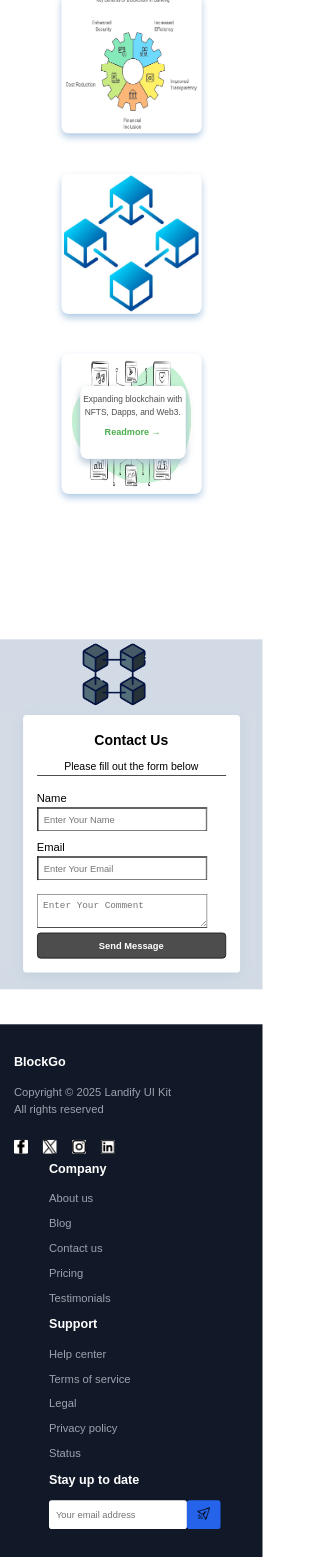
Repository: Tafsirul555/Assignment
Page: Assignment/index.html
The author's editor kept a copy of each file at every save. The page is drawn from the files as they stood at one save, then again after a run of saves.
The browser window is 375 px wide. The page is 480 px wide, so the pictures cover 480 px, including what lies to the right of the window. The pictures show the part of the page from y = 2976 to 5216 px (the page is 5200 px tall before and 5350 px after), at 70% of full size.

Above is the page before, as saved 2025-06-12 22:58:24.

### Assignment/index.html
<!DOCTYPE html>
<html lang="en">
<head>
    <meta charset="UTF-8">
    <meta name="viewport" content="width=device-width, initial-scale=1.0">
    <link rel="stylesheet" href="Assignment1.css">
    <title>Document</title>
</head>
<body>
    <nav class="navbar">

        <div class="logo">
            <h1>BlockGo</h1>
        </div>

        <div class="nav-link">

                    <a href="#">Home</a>
                    <a href="#">Blog</a>
                    <a href="#">Contact</a>
                    <a href="#">About</a>
        </div>
        <div class="Data">
            <a href="#" class="SignUp">Sign Up</a>
            <p>&nbsp;or&nbsp;</p>
            <a href="#" class="Login">Login</a>
        </div>
    </nav>

    <header class="Headerbar">

        <div class="Header-banner">
            <h1>Learn Center</h1>
            <p>Your hub for no-nonsense articles, videos, and how-to guides to help you get up to speed on all things crypto and blockchain</p>

            <a href="#" class="headerbutton">Learn More</a>
        </div>
         <div class="bannerpic">
            <img src="../Assignment/Pic/blockchain-20-8079799-6591924-removebg-preview.png" alt="Blockchain">
        </div>
    </header>

    <main class="mainbar">
        <div class="main-text">
        <h1>Our Clients</h1>
        <p>We have been working with some fortune 500+ clients</p>
        </div>

        <div class="main-pic">
            <img src="../Assignment/Pic/icon/block.png" alt="block.png">
            <img src="../Assignment/Pic/icon/blockchain.png" alt="blockchain.png">
            <img src="../Assignment/Pic/icon/crypto-wallet.png" alt="crypto-wallet.png">
            <img src="../Assignment/Pic/icon/currency-exchange (1).png" alt="currency-exchange (1).png">
            <img src="../Assignment/Pic/icon/currency-exchange.png" alt="currency-exchange.png">
            <img src="../Assignment/Pic/icon/secure.png" alt="secure.png">
        </div>
    </main>

    <section class="sectionbar">
        <div class="section-text">
        <h1>Explore the Power of <br>Blockchain in key Sectors</h1>

<p>Who can benefit from blockchain technology?</p>
</div>
    </section>

    <article class="articlebar">

        <div class="article-cc">
            <img src="../Assignment/Pic/icon/group (1).png" alt="group.png">
            <h1>Creator Communities</h1>
            <p>Support creators with NFT<br>marketplaces and direct engagement<br>with their audience.</p>
            </div>

       <div class="article-fi">
        <img src="../Assignment/Pic/icon/corporation.png" alt="corporation.png">
       <h1>Financial Institutions</h1>
       <p>Blockchain enables secure,<br>transparent, and decentralized<br>financial transactions</p>
        </div>

        <div class="article-scm">
            <img src="../Assignment/Pic/icon/procurement.png" alt="procurement.png">
            <h1>Supply Chain Management</h1>
            <p>Enhance traceability, transparency,<br>and operational efficiency across<br>global supply chains</p>
        </div>
    </article>

    <figure class="figurebar">

        <div class="figure-text">
            <h2>Helping Blockchain<br>Transform the World</h2>
            <p>We reached here with innovation and decentralization</p>
        </div>

        <div class="figure-box">

            <div class="figure-box1">

        <div class="figure-bn">
            <div class="figure-bn-img">
            <img src="../Assignment/Pic/icon/group.png" alt="">
            </div>
            <div class="figure-bn-text">
            <h2>120+</h2>
            <p>Blockchain Network</p>
            </div>
        </div>

        <div class="figure-sc">
            <div class="figure-sc-img">
            <img src="../Assignment/Pic/icon/mutual.png" alt="">
            </div>
            <div class="figure-sc-text">
            <h2>420,000+</h2>
            <p>Smart Contracts</p>
            </div>
        </div>
        </div>

        <div class="figure-box2">
        <div class="figure-tvl">
            <div class="figure-tvl-img">
            <img src="../Assignment/Pic/icon/tap.png" alt="">
            </div>
            <div class="figure-tvl-text">
            <h2>$150 Billion+</h2>
            <p>Total Value Locked</p>
            </div>
        </div>

        <div class="figure-aw">
            <div class="figure-aw-img">
            <img src="../Assignment/Pic/icon/wallet.png" alt="">
            </div>
            <div class="figure-aw-text">
            <h2>1,245,000+</h2>
            <p>Active Wallets</p>
            </div>
        </div>
        </div>
        </div>
    </figure>

    <aside class="BlockchainFuture">

        <div class="BlockchainFuture-text">
            <h2>Blockchain: The Foundation of the Future</h2>
            <p>Discover the latest blockchain trends, innovations, and use cases. Learn how <br>blockchain is reshaping industries, securing data, and powering the next <br>generation of applications.</p>
        </div>

    <div class="BlockchainFutureBox">

    <div class="BlockchainFuture-box1">
        <div class="img1">
            <img src="../Assignment/Pic/bank.png" alt="bank">
        </div>
        <div class="text1">
        <p>Transforming banking with<br>secure and decentralized<br>solutions.</p>
        <p class="readmore">Readmore →</p>
        </div>
    </div>

    <div class="BlockchainFuture-box2">
        <div class="img2">
            <img src="../Assignment/Pic/transparency.webp" alt="transparency">
        </div>
        <div class="text2">
        <p>Ensuring transparency and<br>traceability worldwide.</p>
        <p class="readmore">Readmore →</p>
        </div>
    </div>

    <div class="BlockchainFuture-box3">
        <div class="img3">
            <img src="../Assignment/Pic/Top-10-NFT-DApps-in-2023-01.webp" alt="NFT DApps">
        </div>
        <div class="text3">
        <p>Expanding blockchain with<br>NFTS, Dapps, and Web3.</p>
        <p class="readmore">Readmore →</p>
        </div>
    </div>

</div>

  </aside>

  <div class="Contact">

    <div class="Contact-Img">
        <img src="../Assignment/Pic/blockchain.png" alt="Blockchain">
    </div>

    <div class="Contact-Form">
        <form action="">
            <caption><h1>Contact Us</h1> <p>Please fill out the form below</p></caption>
        <form action="">

            <label for="name">Name</label>
            <input type="text" name="Name" id="name" placeholder="Enter Your Name" required> <br>

            <label for="email">Email</label>
            <input type="email" name="Email" id="email" placeholder="Enter Your Email" required> <br>

            <textarea name="Comment" id="comment" placeholder="Enter Your Comment"  required></textarea>

            <button type="submit">Send Message</button>
        </form>
    </div>
  </div>

  <footer class="footer">
  <div class="footer-container">
    <div class="footer-column1">
      <h4>BlockGo</h4>
      <p>Copyright &copy; 2025 Landify UI Kit <br> All rights reserved</p>
      <div class="footer-socials">
        <a href="#"><img src="../Assignment/Pic/icon/facebook.png " alt="Facebook"></a>
        <a href="#"><img src="../Assignment/Pic/icon/twitter.png" alt="Twitter"></a>
        <a href="#"><img src="../Assignment/Pic/icon/instagram.png" alt="Instagram"></a>
        <a href="#"><img src="../Assignment/Pic/icon/linkedin.png" alt="linkedin"></a>
      </div>
    </div>

    <div class="footer-column">
      <h4>Company</h4>
      <ul>
        <li><a href="#">About us</a></li>
        <li><a href="#">Blog</a></li>
        <li><a href="#">Contact us</a></li>
        <li><a href="#">Pricing</a></li>
        <li><a href="#">Testimonials</a></li>
      </ul>
    </div>

    <div class="footer-column">
      <h4>Support</h4>
      <ul>
        <li><a href="#">Help center</a></li>
        <li><a href="#">Terms of service</a></li>
        <li><a href="#">Legal</a></li>
        <li><a href="#">Privacy policy</a></li>
        <li><a href="#">Status</a></li>
      </ul>
    </div>

    <div class="footer-column">
      <h4>Stay up to date</h4>
      <form class="newsletter-form">
        <input type="email" placeholder="Your email address">
        <button type="submit">
            <img src="../Assignment/Pic/icon/direct.png" alt="Send Icon">
        </button>
      </form>
    </div>
  </div>
</footer>

</body>
</html>

### Assignment/Assignment1.css
*{
    margin: 0;
    padding: 0;
    box-sizing: border-box;
    text-decoration: none;
}

body{
    font-family: Arial, sans-serif;
    line-height: 1.6;
    height: 100%;
    background: rgba(255, 255, 255, 1);
}

.navbar{
    width: 100%;
    height: 9vh;
    color: #f5f5ff 0%;
    box-shadow: 0px 2.78px 5.57px 0px rgba(171, 190, 209, 0.4);
    position: fixed;
    display: flex;
    justify-content: center;
    align-items: center;
}

.navbar div,
.navbar a,
.navbar h1,
.navbar p{
    display: inline-block;
}

.navbar .nav-link a{
    color: rgba(77, 77, 77, 1);
}


.navbar div,
.navbar a,
.navbar p{
    font-size: 2vh;
}

.navbar .logo,
.navbar .nav-link{
    margin-right: 290px;
}

.navbar .logo,
.navbar .nav-link,
.navbar .data,
.navbar p{
    padding: 10px;
    text-align: center;
}

.navbar .nav-link a{
    padding-right: 3vw;
}

.SignUp,
.Login{
    background-color: rgba(203, 213, 225, 1);
    width: 9vw;
    height: 7vh;
    padding: 10px;
    border-radius: 5px;
    text-align: center;
    font-weight: bold;
    color: black;
}

.Headerbar{
    width: 100%;
    height: 400px;
    background-color: rgba(245, 247, 250, 1);
    display: flex;
    justify-content: center;
    align-items: center;
    padding: 20px;
    gap: 27vw;
    flex-wrap: wrap;
}

.Header-banner{
    display: flex;
    flex-direction: column;
    align-content: center;
    max-width: 400px;
}

.bannerpic{
    width: 150px;
    height: auto;
    object-fit: contain;
    margin-top: 70px;
    margin-right: 20px;
}

.Headerbar p,
.Headerbar h1,
.Headerbar a,
.Headerbar img,
.Header-banner,
.bannerpic{
    background-color: rgba(245, 247, 250, 1);
}

.Headerbar h1{
    margin-top: 80px;
}

.Headerbar p,
.Headerbar h1,
.Headerbar a{
    padding-bottom: 20px;
}

.Header-banner h1{
    font-weight:bold;
    font-size: 44.55px;
    line-height: 52.9px;
    letter-spacing: 0%;
    color: rgba(77, 77, 77, 1);
}

.Header-banner p{
    max-width: 100%;
    word-wrap: break-word;
    color: rgba(77, 77, 77, 1);
    text-align: left;
}

.Header-banner .headerbutton{
    background-color: rgba(203, 213, 225, 1);
    width: 103px;
    height: 50px;
    padding: 10px;
    border-radius: 5px;
}

.Header-banner a{
    color: rgba(2, 6, 23, 1);
    font-family:'Times New Roman', Times, serif;
}

@media (max-width: 550px) {
  .Headerbar {
    flex-direction: column;
    justify-content: flex-start;
    align-items: center;
    height: auto;
  }

  .Header-banner{
    align-items: center;
    text-align: center;
    order: 1;
  }

  .bannerpic {
    width: 200px;
    margin-bottom: 20px;

  }
}

.mainbar{
    width: 100%;
    height: 500px;
    display: flex;
    text-align: center;
    flex-direction: column;
}

.mainbar img{
    display: inline-block;
    width: 27.8427791595459px;
    height: auto;
    margin-left: 120px;

}

.mainbar h1{
    margin-top: 120px;
    color: rgba(77, 77, 77, 1);
}

.mainbar p{
    color: rgba(77, 77, 77, 1);
}

.mainbar p,
.mainbar img{
    margin-top: 30px;
}

@media (max-width: 550px) {
  .mainbar {
    flex-direction: column;
    justify-content: flex-start;
    align-items: center;
    height: auto;
  }

  .main-pic {
    display: inline-block;
    width: 400px;

  }
}

section{
    margin-top: -72px;
}

section h1,
section p{
    text-align: center;
    max-width: 100%;
    word-wrap: break-word;
    color: rgba(77, 77, 77, 1);
}

section p{
    font-size: smaller;
}

@media (max-width: 550px) {
  .sectionbar {
    text-align: center;
    height: auto;
    margin-top: 50px;
  }
}


.articlebar{
    width: 100%;
    height: 200px;
    display: flex;
    justify-content: space-between;
    align-items: center;
    text-align: center;
    flex-wrap: wrap;
    display: inline-block;
    margin-top: 100px;
    color: rgba(77, 77, 77, 1);
}

article img{
    width: 50px;
    height: auto;
}

.articlebar p{
    font-size: small;
}

.articlebar .article-cc,
.articlebar .article-fi,
.articlebar .article-scm{
    display: inline-block;
}

.articlebar .article-fi{
    margin-left: 75px;
    margin-right: 75px;
}

.figurebar{
    width: 100%;
    height: 250px;
    color: rgba(77, 77, 77, 1);
    background-color: rgba(245, 247, 250, 1);
    display: flex;
    justify-content: center;
    align-items: center;
    flex-wrap: wrap;
}

.figurebar .figure-text,
.figurebar .figure-bn,
.figurebar .figure-sc,
.figurebar .figure-tvl,
.figurebar .figure-aw,
.figurebar .figure-box,
.figurebar div,
.figurebar h2,
.figurebar p,
.figurebar img{
    background-color: rgba(245, 247, 250, 1);
}

.figurebar .figure-box img {
    width: 50px;
}

.figure-bn .figure-bn-img,
.figure-bn .figure-bn-text{
    display: inline-block;
}

.figure-sc .figure-sc-img,
.figure-sc .figure-sc-text{
    display: inline-block;
}
.figure-tvl .figure-tvl-img,
.figure-tvl .figure-tvl-text{
    display: inline-block;
}

.figure-aw .figure-aw-img,
.figure-aw .figure-aw-text{
    display: inline-block;
}

.figure-box1 .figure-bn,
.figure-box1 .figure-sc{
    display: inline-block;
}
.figure-box2 .figure-tvl,
.figure-box2 .figure-aw{
    display: inline-block;
}

.figurebar .figure-text{
    margin-right: 150px;
}

.figurebar .figure-bn,
.figure-box .figure-tvl{
    padding-right: 6vw;
}

.figurebar .figure-box1{
    margin-bottom: 2vw;
}

.figurebar img{
    margin-right: 10px;
}

@media (max-width: 550px) {
  .figurebar {
    flex-direction: column;
    display: flex;
    align-items: center;
    justify-content: center;
    align-items: center;
    height: auto;
  }

  .figure-text,
  .figure-box{
    margin-left: 80px;
    margin-top: 50px;
  }

  .figure-text {
    text-align: center;
  }

  .figure-box {
    display: flex;
    justify-content: center;
    display: inline-block;
    width: 400px;

  }

  .figurebar .figure-text,
.figurebar .figure-bn,
.figurebar .figure-sc,
.figurebar .figure-tvl,
.figurebar .figure-aw,
.figurebar .figure-box,
.figurebar div,
.figurebar h2,
.figurebar p,
.figurebar img{
    background-color: rgba(245, 247, 250, 1);
}
}

.BlockchainFuture {
    width: 100%;
    height: auto;
    color: rgba(77, 77, 77, 1);
    padding: 50px 0;
    position: relative;
}

.BlockchainFuture-text {
    margin-bottom: 50px;
    text-align: center;
}

.BlockchainFuture .BlockchainFuture-text p{
    font-size: 12px;
    line-height: 1.5;
}

.BlockchainFutureBox {
    display: flex;
    justify-content: center;
    flex-wrap: wrap;
}

.BlockchainFuture-box1,
.BlockchainFuture-box2,
.BlockchainFuture-box3 {
    width: 300px;
    text-align: center;
    max-width: 400px;

}

.BlockchainFutureBox img {
    width: 200px;
    height: 200px;
    box-shadow: 0px 5.57px 11.14px 0px rgba(51, 118, 186, 0.4);
    border-radius: 10px;
}

.BlockchainFutureBox p {
    font-size: 14px;
    margin: 10px 0;
}

.BlockchainFuture-box1 .text1,
.BlockchainFuture-box2 .text2,
.BlockchainFuture-box3 .text3{
    width: 150px;
    box-shadow: 0px 5.57px 11.14px 0px rgba(171, 190, 209, 0.4);
    border-radius: 10px;
    margin-left: 77px;
    position: absolute;
    background-color: white;
    top: 76%;
    max-width: 200px;
}

.BlockchainFuture-box1 .text1 p,
.BlockchainFuture-box2 .text2 p,
.BlockchainFuture-box3 .text3 p{
    font-size: 12px;
    line-height: 1.5;
    display: block;
}

.BlockchainFuture-box1 .text1 .readmore,
.BlockchainFuture-box2 .text2 .readmore,
.BlockchainFuture-box3 .text3 .readmore{
    font-weight: bold;
    font-size: 13px;
    color: rgba(76, 175, 79, 1);

}

.BlockchainFuture-box2 .text2 ,
.BlockchainFuture-box3 .text3{
    height: 103.5px;
}

.BlockchainFuture-box1 .img1,
.BlockchainFuture-box2 .img2,
.BlockchainFuture-box3 .img3{
    pointer-events: none;
    display: block;
}

.BlockchainFutureBox .BlockchainFuture-box1 :hover{
    background-color: rgba(204, 193, 193, 0.98);
}

.BlockchainFutureBox .BlockchainFuture-box2 :hover{
    background-color: rgba(204, 193, 193, 0.98);
}

.BlockchainFutureBox .BlockchainFuture-box3 :hover{
    background-color: rgba(204, 193, 193, 0.98);
}

@media (max-width: 480px) {

    .BlockchainFuture-box{
         flex-direction: column;
        justify-content: flex-start;
        align-items: center;
         height: auto;
    }

    .BlockchainFuture-box2{
        align-items: center;
        text-align: center;
        order: 1;
    }

    .BlockchainFuture-box3{
        align-items: center;
        text-align: center;
        order: 1;
    }

    .BlockchainFuture-box1,
.BlockchainFuture-box2,
.BlockchainFuture-box3{
    margin-bottom: 50px;
}

}

.Contact{
    width: 100%;
    height: 450px;
    display: flex;
    justify-content: space-between;
    align-items: center;
    background-color: rgba(203, 213, 225, 0.85);
    margin-top: 100px;
}

.Contact img{
    width: 250px;
    height: auto;
    margin-left: 200px;
}

.Contact-Form{
    background-color: white;
    box-shadow: 0 5px 15px rgba(171, 190, 209, 0.4);
    color: black;
    width: 310px;
    height: 90%;
    padding: 20px;
    border-radius: 5px;
    position: relative;
    margin-right: 200px;
}

.Contact h1,p{
    text-align: center;
    margin-bottom: 10px;
}

.Contact input,
.Contact textarea{
    margin-bottom: 6px;
    padding: 3px;
    border-bottom: 1px solid black;
}

.Contact p{
    border-bottom: 1px solid black;
    margin-bottom: 20px;
}

.Contact button{
    padding: 10px;
    /* background-color: rgba(205, 25, 25, 0.765); */
    margin-top: 8px;
    border-radius: 5px;
    border: 1px solid black;
    width: 100%;
    text-align: center;
    display: block;
    margin: 20px auto 0;
    background-color: rgba(77, 77, 77, 1);
    color: white;
    font-weight: bold;
    cursor: pointer;
}

.Contact button:hover{
    /* background-color: rgb(104, 4, 4); */
    color: black;
    border: none;
    background-color: rgba(164, 153, 153, 0.929);
}

.Contact input[type="text"],
.Contact input[type="email"],
.Contact textarea[name="Comment"]{
    width: 100%;
    padding: 8px;
    margin-bottom: 10px;
}

.Contact textarea[name="Comment"]{
    margin-top: 10px;
}

@media (max-width: 450px) {

    .Contact {
        flex-direction: column;
        width: 100%;
        height: 500px;
    }

    .Contact-Img{
    width: 150px;
    height: auto;
}

 .Contact-Img img{
    width: 100px;
    height: auto;
    margin-left: 0px;
}

.Contact-Form{
    background-color: white;
    box-shadow: 0 5px 15px rgba(171, 190, 209, 0.4);
    color: black;
    width: 310px;
    height: 80%;
    padding: 20px;
    border-radius: 5px;
    position: relative;
    margin-left: 200px;
    margin-bottom: 10000px;
}

.Contact h1{
    text-align: center;
    margin-bottom: 10px;
    font-size: 20px;
}

.Contact p{
    text-align: center;
    font-size: 15px;
    border-bottom: 1px solid black;
}


.Contact input,
.Contact textarea{
    margin-bottom: 6px;
    padding: 3px;
    border-bottom: 1px solid black;
}

.Contact button{
    padding: 10px;
    /* background-color: rgba(205, 25, 25, 0.765); */
    border-radius: 5px;
    border: 1px solid black;
    width: 100%;
    text-align: center;
    display: block;
    background-color: rgba(77, 77, 77, 1);
    color: white;
    font-weight: bold;
    cursor: pointer;
    margin-top: -10px;
}

.Contact button:hover{
    /* background-color: rgb(104, 4, 4); */
    color: black;
    border: none;
    background-color: rgba(164, 153, 153, 0.929);
}

.Contact input[type="text"],
.Contact input[type="email"],
.Contact textarea[name="Comment"]{
    width: 90%;
    padding: 8px;
    margin-bottom: 10px;
}

.Contact textarea[name="Comment"]{
    margin-top: 10px;
}
    }


.footer {
    background-color: #111827;
    color: white;
    padding: 40px 20px;
}

.footer-container {
    max-width: 1200px;
    margin: auto;
    display: flex;
    flex-wrap: wrap;
    justify-content: space-between;
}

.footer-column {
    margin-left: 50px;
}

.footer-column1 h4 {
    font-size: 18px;
    margin-bottom: 15px;
    color: #ffffff;
}
.footer-column1 img {
    background-color: white;
    border-radius: 2px;
    margin-top: 20px;
}
.footer-column1 p {
    text-align: left;
}

.footer-column h4,
.footer-column h3 {
    font-size: 18px;
    margin-bottom: 15px;
    color: #ffffff;
}

.footer-column ul {
    list-style: none;
    padding: 0;
}

.footer-column ul li {
    margin-bottom: 10px;
}

.footer-column ul li a {
    color: #9ca3af;
    transition: color 0.3s;
}
.footer-column1 {
    color: #9ca3af;
    transition: color 0.3s;
}

.footer-column ul li a:hover {
    color: white;
}

.footer-socials a img {
    width: 20px;
    margin-right: 17px;

}



.newsletter-form {
    display: flex;
}

.newsletter-form input[type="email"] {
    padding: 10px;
    border: none;
    border-radius: 4px;
}

.newsletter-form button {
    padding: 10px 15px;
    background-color: #2563eb;
    color: white;
    border: none;
    border-radius: 4px;
    font-weight: bold;
}

.newsletter-form button img{
    width: 18px;
}

.newsletter-form button:hover {
    background-color: #1d4ed8;
}

@media (max-width: 768px) {

    .footer{
        margin-top: 50px;
    }
    .footer-container {
        flex-direction: column;
        align-items: flex-start;
    }
}

After the next 2 saves:
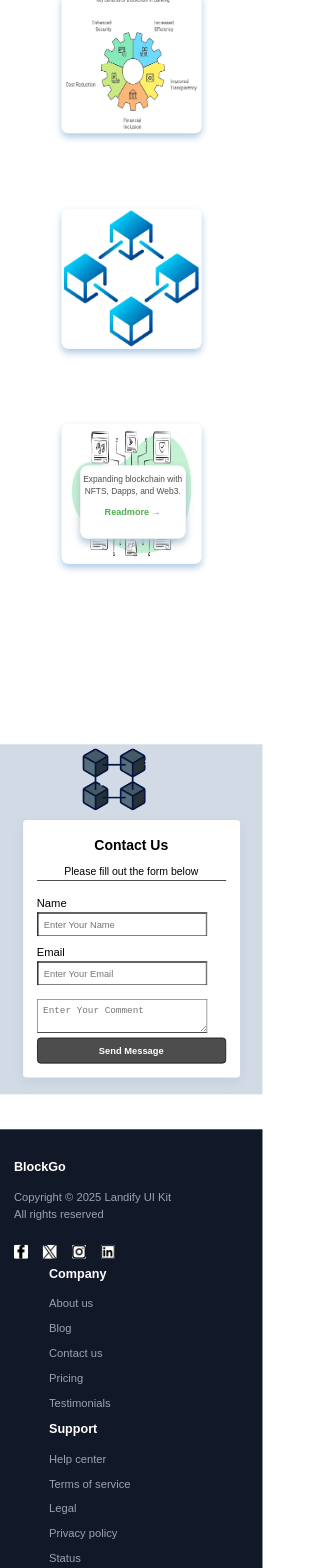
The 2 saves are shown as one change because they came seconds apart.
The last was saved 15 s later.
--- a/Assignment/Assignment1.css
+++ b/Assignment/Assignment1.css
@@ -506,7 +506,7 @@ article img{
     .BlockchainFuture-box1,
 .BlockchainFuture-box2,
 .BlockchainFuture-box3{
-    margin-bottom: 50px;
+    margin-bottom: 100px;
 }
 
 }
